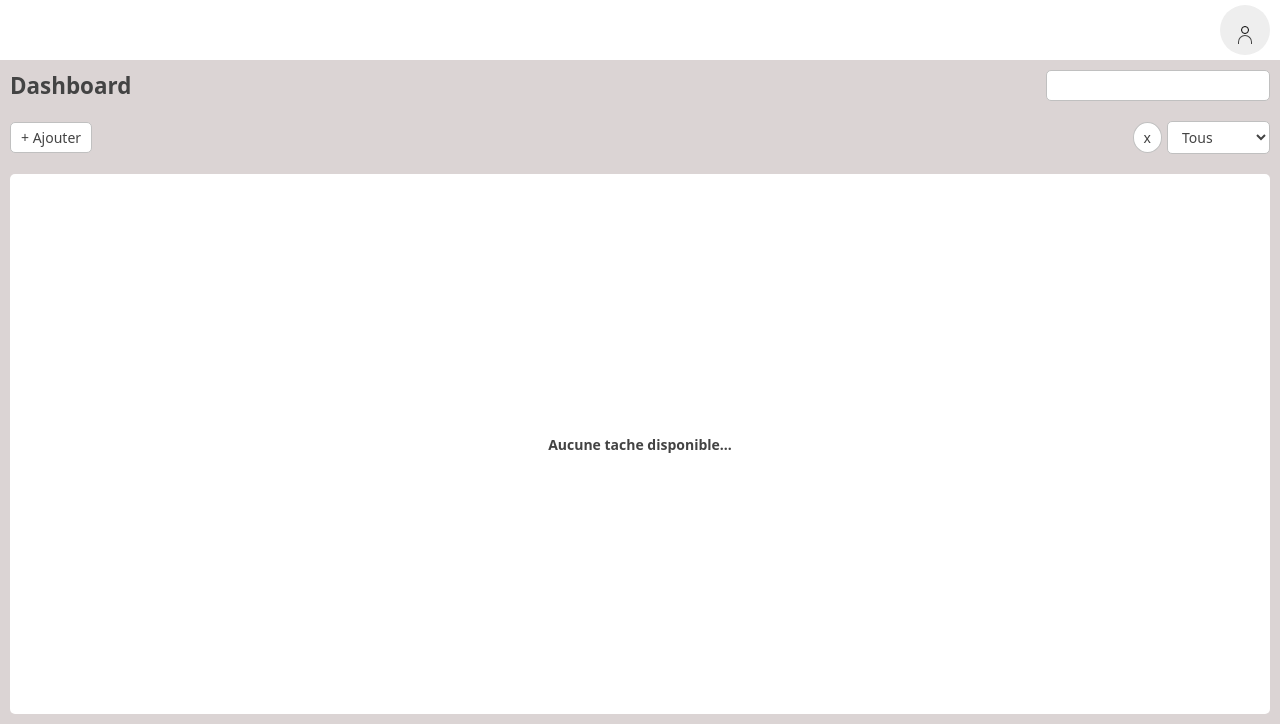
Repository: zpaulange/task_manager
Page: dashboard/index.html
These files come from the project's save history. The page is drawn as it stood at one moment and after a run of saves; the edit follows.
The browser window is 1280 px wide. The pictures show the whole page.

Above is the page before, as saved 2025-03-06 15:11:46.

### dashboard/index.html
<!DOCTYPE html>
<html lang="en">
<head>
    <meta charset="UTF-8">
    <meta name="viewport" content="width=device-width, initial-scale=1.0">
    <link rel="stylesheet" href="../assets/styles/dashboard/style.css">
    <title>Document</title>
</head>
<body>
  <section class="dashboard">
    <div class="dashboard_right">
      <nav class="dashbaord_nav">
        <a href="#" class="dashbaord_nav_avatar">
          <span></span>
        </a>
      </nav>
      <main class="main">
        <div class="main_header">
          <h1 class="main_header_title">Dashboard</h1>
          <input type="search" name="search" class=" main_header_search">
        </div>
        <div class="main_header_actions">
          <div class="main_header_actions_left">
            <button class="main_header_actions_btn">+ Ajouter</button>
          </div>
          <div class="main_header_actions_right">
            <button class="main_header_actions_right_btnDel rounded-btn del">x</button>
            <select name="filter" class="main_header_actions_right_filter" id="">
              <option value="0">Tous</option>
              <option value="1">En cours</option>
              <option value="2">Annulés</option>
              <option value="3">Terminés</option>
            </select>
          </div>
        </div>

        <section class="box box-center">
          <h1>Aucune tache disponible...</h1>
        </section>
      </main>
    </div>
  </section>

</body>
</html>

### assets/styles/dashboard/style.css
*{
  margin:0;
  padding:0;
  box-sizing: border-box;
  position:relative;
  font-family: system-ui, sans-serif;
  font-size: 14px;
  color:#434343;
}
body{
  overflow-x: hidden;
}
a{
  text-decoration: none;
}
a:active, a:hover{
  color:#434343;
}
img{
  width: 100%;
  height: auto;
}
ul li{
  list-style: none;
}
input[type="search"],
input[type="text"],
input[type="date"]{
  padding:5px 10px;
  border-radius:5px;
  border:1px solid silver
}
input:focus, select:focus{
  outline: none;
}

.dashboard{
  min-height: 100vh;
  background-color: #dbd4d4;
}

.dashboard_right{
  min-height: 100vh;
}
.dashbaord_nav{
  background-color: #fff;
  padding:5px 10px;
  display: flex;
  align-items:center;
  justify-content: flex-end;
  z-index: 1000;
  position: sticky;
  top:0;
  left:0;
}
.dashbaord_nav_avatar{
  display: flex;
  align-items: center;
  justify-content: center;
  height:50px;
  width: 50px;
  border-radius:50%;
  background-color: #eee;

}
.dashbaord_nav_avatar span{
  display: inline-block;
  height: 8px;
  width: 8px;
  border-radius:50%;
  border:1px solid #000
}
.dashbaord_nav_avatar span:before{
  content:'';
  position: absolute;
  height: 8px;
  width: 12px;
  border:1px solid;
  left:50%;
  transform: translateX(-50%);
  top:8px;
  border-bottom: none;
  border-top-left-radius: 10px;
  border-top-right-radius: 10px;
}

.main{
  padding:10px;
}
.main_header_title{
  font-size: 1.6rem;
}
.box{
  min-height: calc(100vh - 180px);
  background-color: #fff;
  border-radius:5px;
  padding:10px;
  margin-top:20px
}
.box.box-center{
  display: flex;
  align-items:center;
  justify-content: center;
}

.main_header{
  display: flex;
  justify-content: space-between;
  align-items:center;
  margin-bottom:20px;
}
.main_header_actions{
  display: flex;
  justify-content: space-between;
  align-items:center;
}
.main_header_actions_btn{
  padding:5px 10px;
  border-radius:5px;
  border:1px solid silver;
  background-color: #fff;
  cursor: pointer;
  transition: .2s;
}
.main_header_actions_btn:hover{
  background-color:blue;
  color:#fff;
}
.main_header_actions_right{
  display: flex;
  align-items:center;
  gap:5px;
}
.rounded-btn{
  padding:5px 10px;
  border-radius:50%;
  border:1px solid silver;
  background-color: #fff;
  cursor: pointer;
  transition: .2s;
  cursor:pointer;
}
.rounded-btn.del:hover{
  background-color:red;
  color:#fff;
}
.main_header_actions_right_filter{
  padding:5px 10px;
  border-radius:5px;
  border:1px solid silver;
  background-color: #fff;
}

After the next 2 saves:
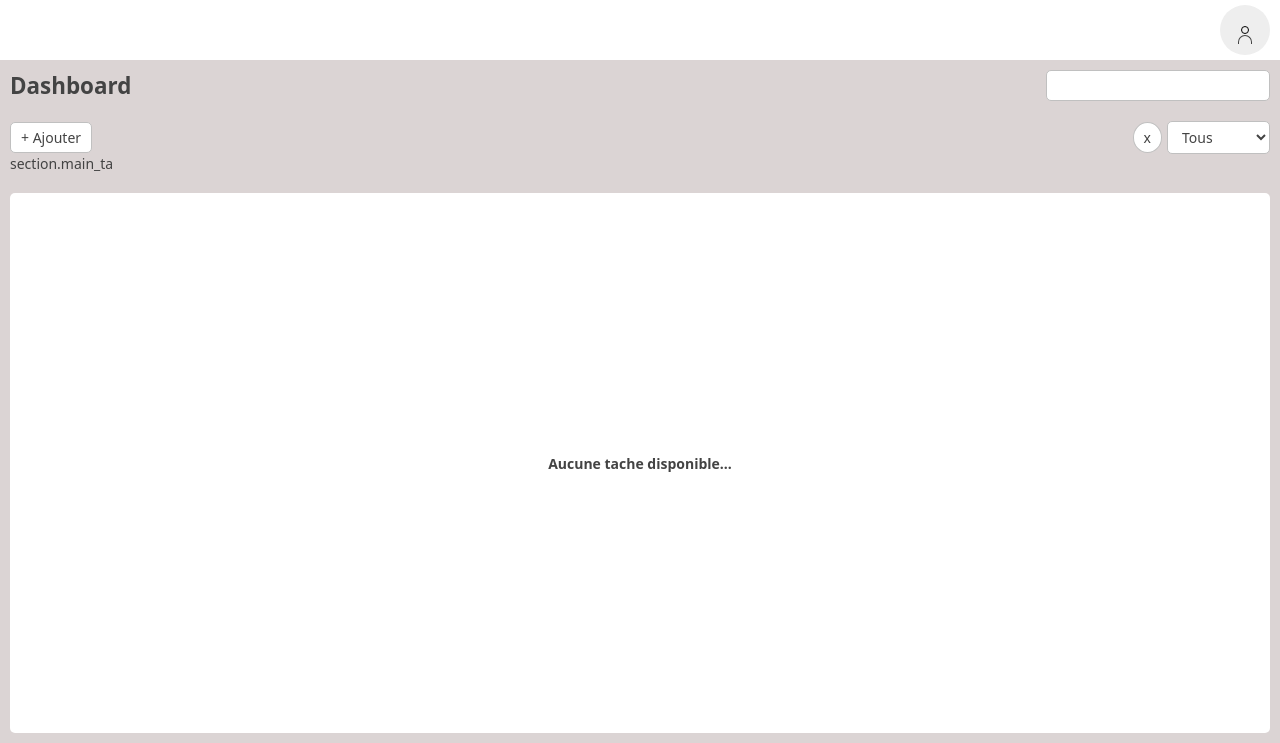
The 2 saves are shown as one change because they came seconds apart.
The last was saved 12 s later.
--- a/dashboard/index.html
+++ b/dashboard/index.html
@@ -33,7 +33,7 @@
             </select>
           </div>
         </div>
-
+        section.main_ta
         <section class="box box-center">
           <h1>Aucune tache disponible...</h1>
         </section>

After the 2 saves that followed:
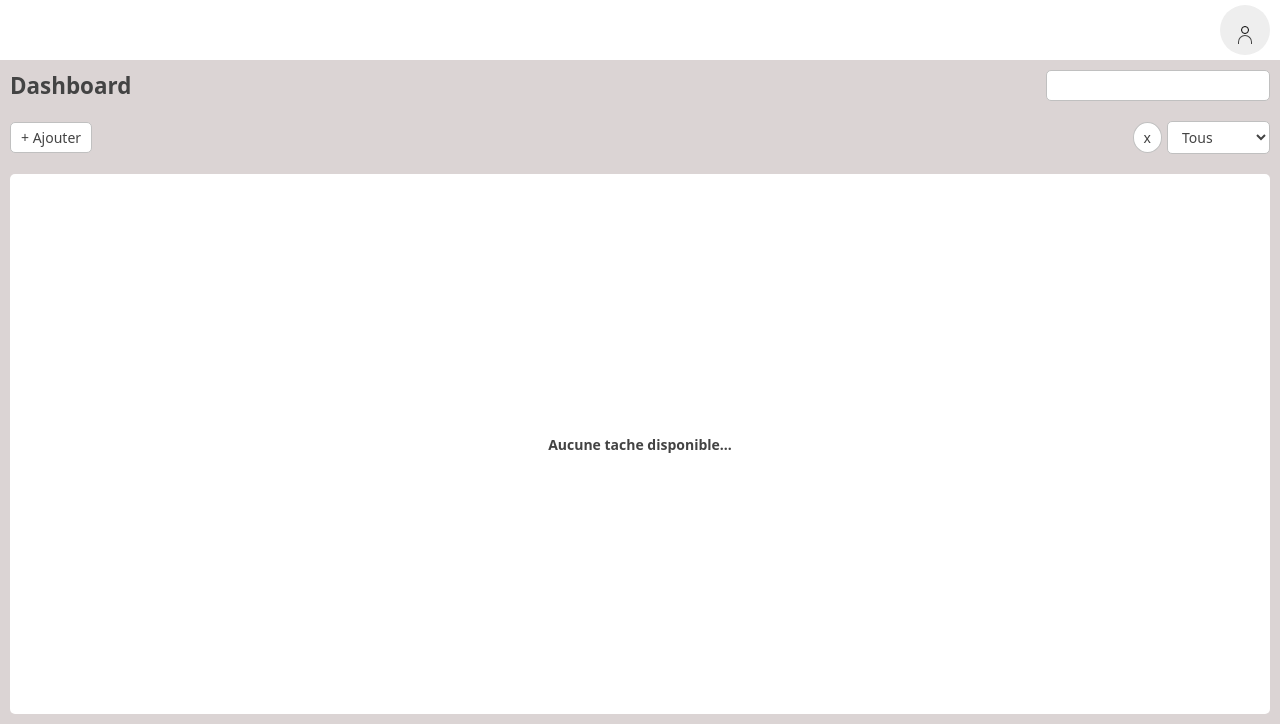
The 2 saves are shown as one change because they came seconds apart.
The last was saved 6 s later.
--- a/dashboard/index.html
+++ b/dashboard/index.html
@@ -33,7 +33,9 @@
             </select>
           </div>
         </div>
-        section.main_ta
+        <section class="main-task">
+
+        </section>
         <section class="box box-center">
           <h1>Aucune tache disponible...</h1>
         </section>
